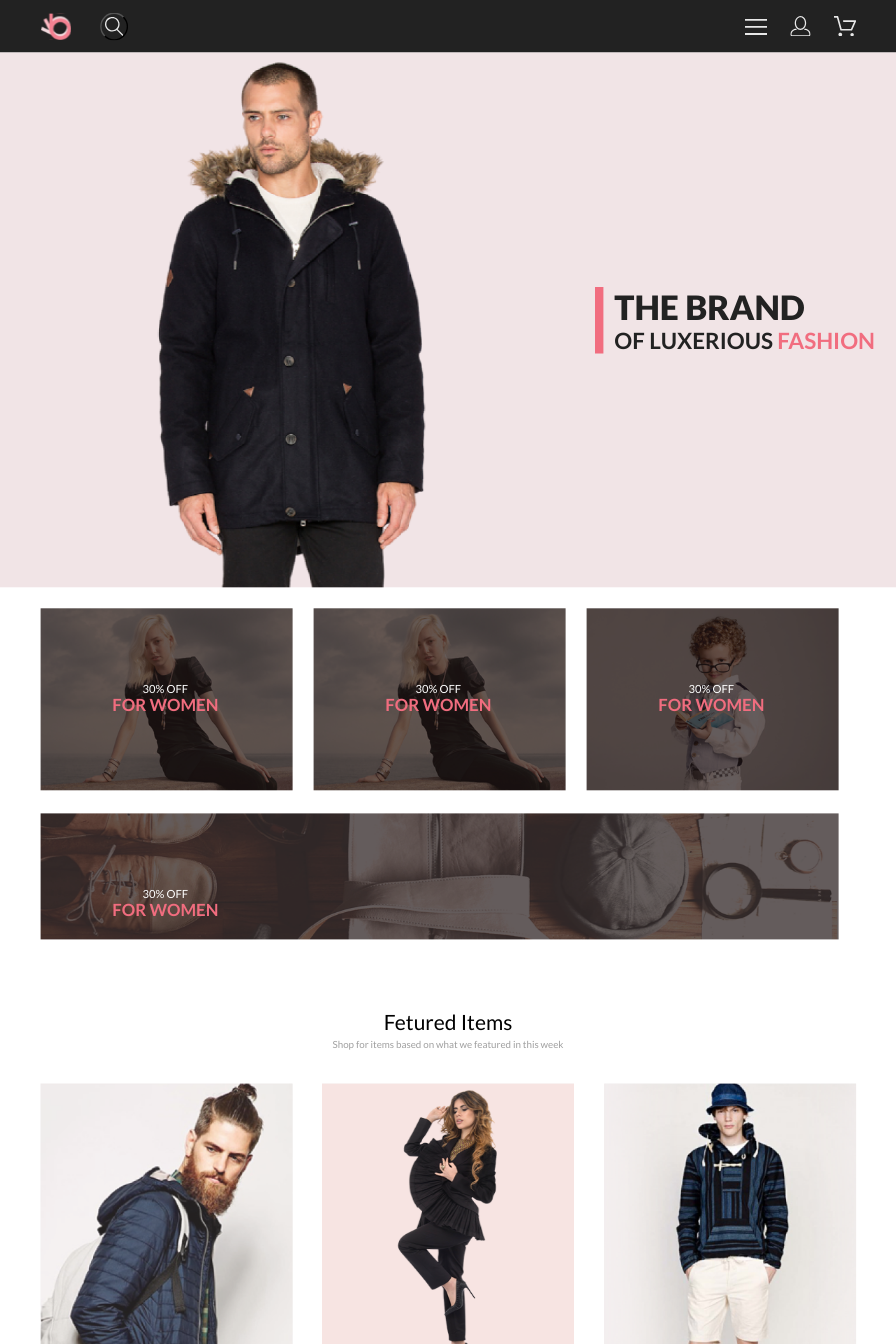
Repository: shtepaa/work-show-linkid
Page: les01/index.html
The author's editor kept a copy of each file at every save. The page is drawn from the files as they stood at one save, then again after the next save.
The browser window is 1280 px wide. The pictures show the part of the page from y = 0 to 1920 px (the page is 3905 px tall), at 70% of full size.

Above is the page before, as saved 2022-02-15 12:45:53.

After the next save:
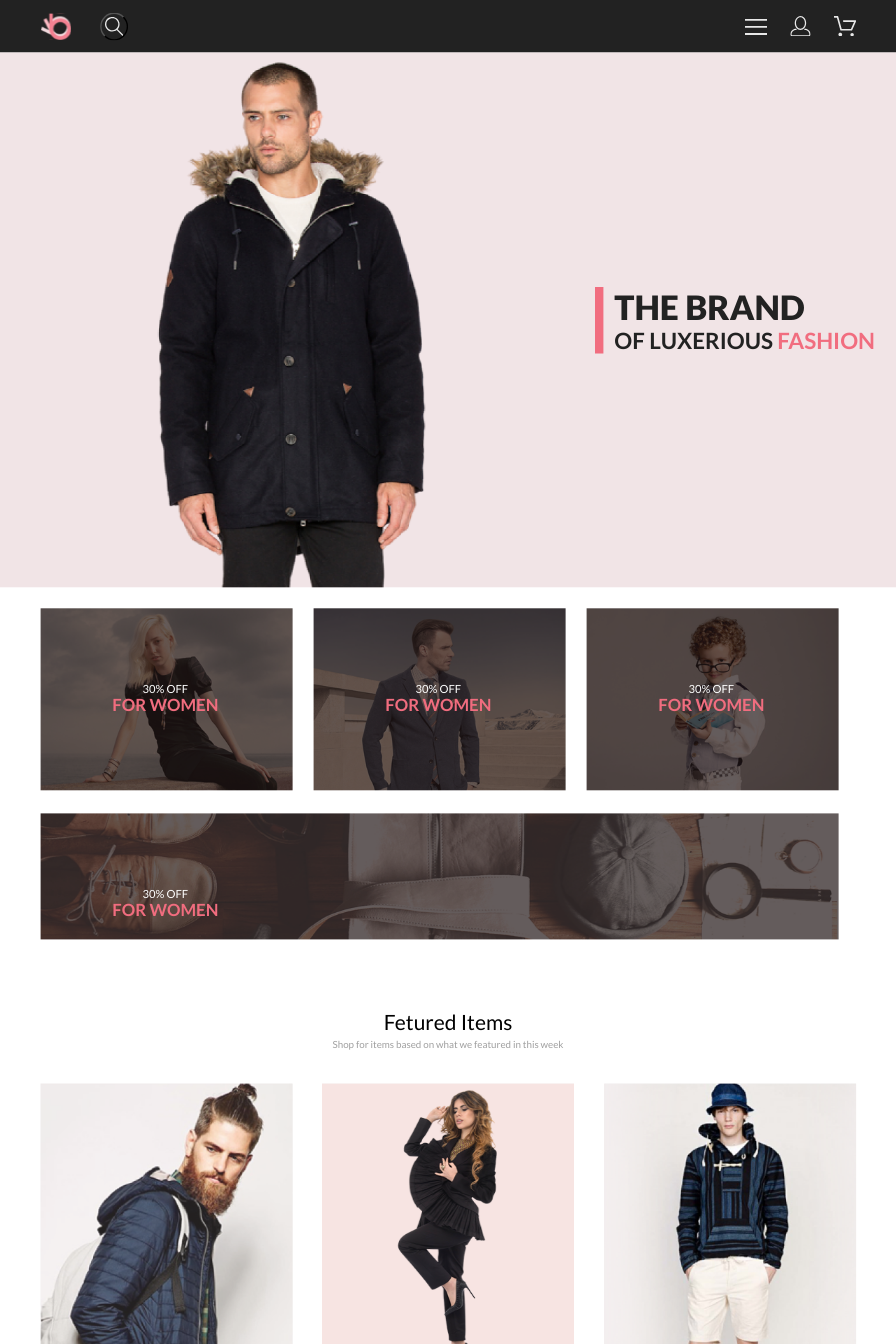
Saved 5 s later.
--- a/les01/index.html
+++ b/les01/index.html
@@ -106,7 +106,7 @@
               <a class="link-cataloge" href="#">
                 <img
                   class="catalog-image"
-                  src="img/catalog01.png"
+                  src="img/catalog02.png"
                   alt="catalog01"
                 />
                 <h2 class="catalog__text">
